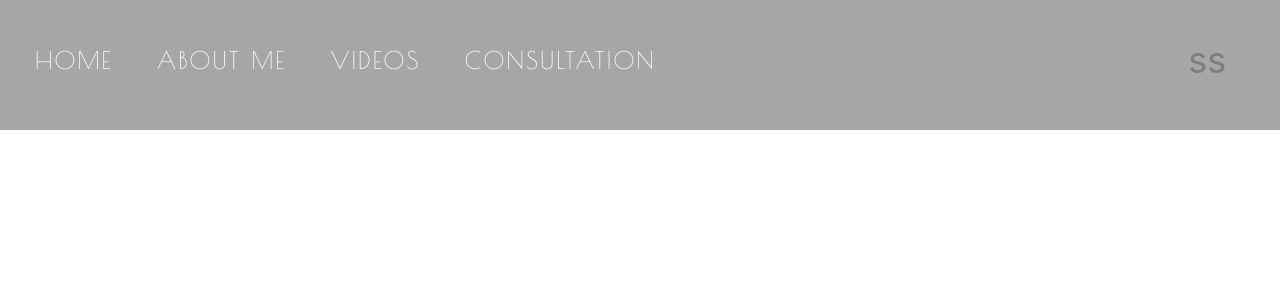
Repository: Aleksandre19/cv-ucmp
Page: index.html
The author's editor kept a record of every edit. The page is drawn from the files as they stood at one moment, then again after the next edit.
The browser window is 1280 px wide. The pictures show the whole page.

Above is the page before.

### index.html
<!DOCTYPE html>
<html lang="en">

<head>
    <meta charset="UTF-8">
    <meta name="viewport" content="width=device-width, initial-scale=1.0">
    <meta http-equiv="X-UA-Compatible" content="ie=edge">
    <link rel="stylesheet" href="https://stackpath.bootstrapcdn.com/bootstrap/4.4.1/css/bootstrap.min.css" integrity="sha384-Vkoo8x4CGsO3+Hhxv8T/Q5PaXtkKtu6ug5TOeNV6gBiFeWPGFN9MuhOf23Q9Ifjh" crossorigin="anonymous">
    <link rel="stylesheet" href="assets/css/style.css" type="text/css" />
    <title>Document</title>
</head>

<body>

    <!-- All site wrapper div -->
    <div id="wrapper">

        <!-- HEADER -->
        <header class="container-fluid">
            <div class="row">

                <!-- TOP MAIN MENU -->
                <div class="col-11">
                    <nav>
                        <ul class="main-menu">
                            <li><a href="#">home</a></li>
                            <li><a href="#">about me</a></li>
                            <li><a href="#">videos</a></li>
                            <li><a href="#">consultation</a></li>
                        </ul>
                    </nav>
                </div>
                <!-- / TOP MAIN MENU -->

                <!-- TOP SOCIAL LINKS -->
                <div class="col-1 social-links">
                    ss
                </div>
                <!-- /TOP SOCIAL LINKS -->

            </div>
        </header>
        <!-- /HEADER -->

    </div>
    <!-- / All site wrapper div -->
</body>

</html>

### assets/css/style.css
@import url('https://fonts.googleapis.com/css?family=Poiret+One&display=swap');

html,body{
    height: 100%;
}

*{
    margin: 0;
    padding: 0;
    border: 0;
}

body{
    backgournd-color: #f6f6f6;
    font-size: 16px;
}

#wrapper{
    width: 100%;
    height:100%;
}


/* #################### HEADER ###################### */

header{
    height: 130px;
    background-color: rgba(0,0,0, 0.35);
    position: fixed;

}


/*  Main Menu */

.main-menu, .social-links{
    line-height: 120px;
}

.main-menu li{
    list-style: none;
    display: inline;
    margin: 0px 20px;
}

.main-menu li a{
   font-family: "Poiret One";
   font-size: 1.5rem;
   text-transform: uppercase;
   color: #fff;
   letter-spacing: 2px;
   transition: all 0.35s ease-in-out;
   -webkit-transition: all 0.35s ease-in-out;
   -moz-transition: all 0.35s ease-in-out;
   -o-transition: all 0.35s ease-in-out;
}

.main-menu li a:hover{
    text-decoration: none;
    color: #00dddb;
}

/* end Menu */

/* Social Links */

.social-links{
    font-size: 2.25rem;
    color: rgba(0,0,0, .25);
}





/* #################### END HEADER ################## */

After the next edit:
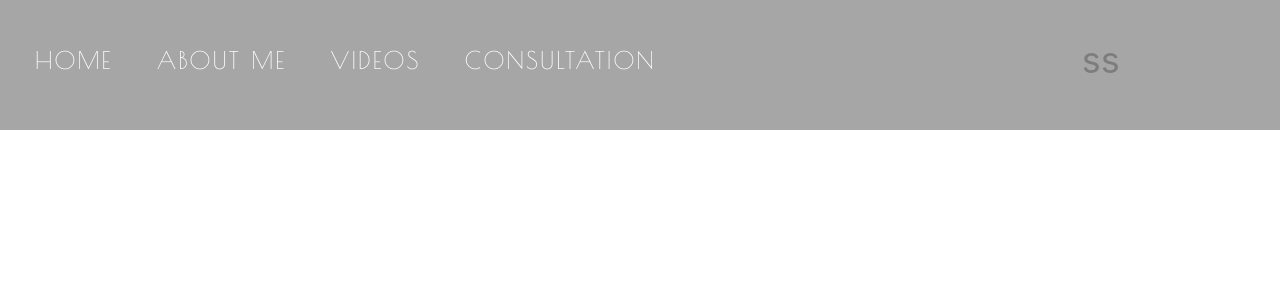
The edit:
--- a/index.html
+++ b/index.html
@@ -20,7 +20,7 @@
             <div class="row">
 
                 <!-- TOP MAIN MENU -->
-                <div class="col-11">
+                <div class="col-10">
                     <nav>
                         <ul class="main-menu">
                             <li><a href="#">home</a></li>
